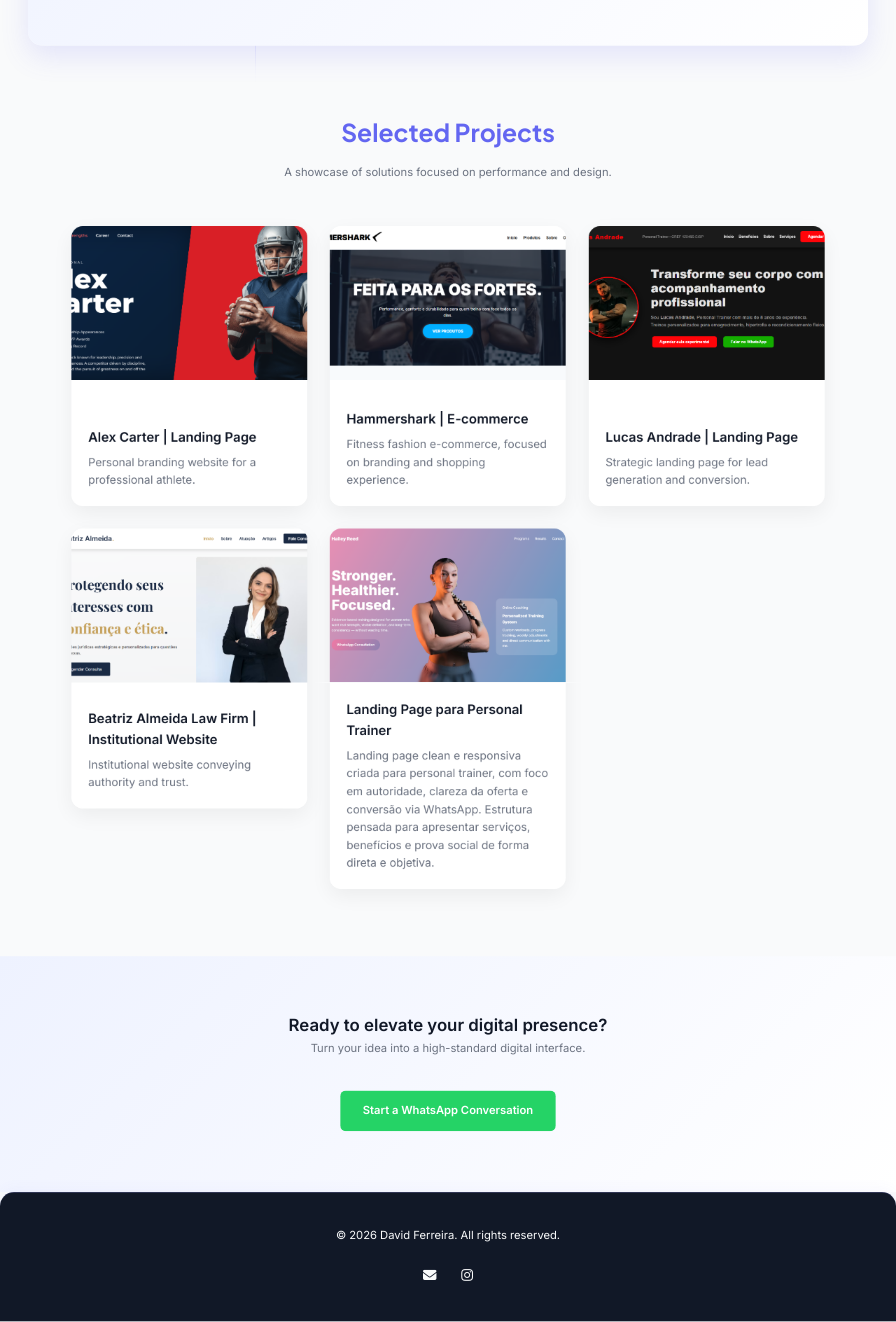
Repository: davidfsillva/portifolio
Page: index.html
These files come from the project's save history. The page is drawn as it stood at one moment and after the next save; the edit follows.
The browser window is 1280 px wide. The pictures show the part of the page from y = 1160 to 3080 px (the page is 3048 px tall before and 3080 px after), at 70% of full size.

Above is the page before, as saved 2026-02-13 13:22:25.
Console error: TypeError: Cannot read properties of null (reading 'addEventListener')

### index.html
<!DOCTYPE html>
<html lang="en">
<head>
    <meta charset="UTF-8">
    <meta name="viewport" content="width=device-width, initial-scale=1.0">

    <title>David Ferreira | Front-end Developer & Premium UI Designer</title>

    <!-- Primary SEO -->
    <meta name="description" content="David Ferreira is a front-end developer specialized in premium interfaces, high-conversion landing pages, and modern digital experiences.">
    <meta name="keywords" content="Front-end Developer, Web Designer, UI Designer, Landing Page, Web Development, Freelancer Brazil">
    <meta name="author" content="David Ferreira">
    <meta name="robots" content="index, follow">
    <link rel="canonical" href="https://yourdomain.com/">

    <!-- Open Graph (Facebook, LinkedIn) -->
    <meta property="og:title" content="David Ferreira | Premium Front-end Developer">
    <meta property="og:description" content="High-standard digital interfaces focused on performance and conversion.">
    <meta property="og:image" content="https://yourdomain.com/preview.jpg">
    <meta property="og:url" content="https://yourdomain.com/">
    <meta property="og:type" content="website">

    <!-- Twitter Card -->
    <meta name="twitter:card" content="summary_large_image">
    <meta name="twitter:title" content="David Ferreira | Web Developer">
    <meta name="twitter:description" content="Premium web development focused on performance and modern design.">
    <meta name="twitter:image" content="https://yourdomain.com/preview.jpg">

    <!-- Favicon -->
    <link rel="icon" href="favicon.ico" type="image/x-icon">

    <!-- Fonts -->
    <link href="https://fonts.googleapis.com/css2?family=Inter:wght@300;400;600&family=Plus+Jakarta+Sans:wght@700;800&display=swap" rel="stylesheet">

    <!-- Font Awesome -->
    <link rel="stylesheet" href="https://cdnjs.cloudflare.com/ajax/libs/font-awesome/6.5.0/css/all.min.css" integrity="sha512-..." crossorigin="anonymous" referrerpolicy="no-referrer" />

    <link rel="stylesheet" href="style.css">
</head>

<body>

    <!-- NAVBAR -->
    <nav class="navbar">
        <div class="logo"><a href="#">David | Web Developer<span>.</span></a></div>

        <ul class="nav-links">
            <li><a href="#about">About</a></li>
            <li><a href="#portfolio">Projects</a></li>
            <li><a href="#contact" class="btn-sm">Contact</a></li>
        </ul>
    </nav>

    <!-- HERO -->
    <section class="hero">
        <div class="hero-content">
            <h1>Creating high-level digital <span> with code experiences</span></h1>
            <p>Front-end developer specialized in high-standard interfaces and landing pages focused on results.</p>
            <div class="hero-btns">
                <a href="#portfolio" class="btn-primary">See Projects</a>
                <a href="#contact" class="btn-secondary">Let's Talk</a>
            </div>
        </div>
        <div class="hero-visual">
            <div class="hero-glow"></div>
        </div>
    </section>

    <!-- ABOUT -->
    <section id="about" class="section">
        <h2>About Me</h2>
        <p>I'm David Ferreira, a Front-end developer focused on creating modern, functional websites with premium interfaces. I work with HTML, CSS, JavaScript, and React, prioritizing performance, design, and user experience.</p>
        <p>My goal is to help businesses and professionals stand out digitally through websites that convey trust and deliver real results.</p>
    </section>

    <!-- PORTFOLIO -->
    <section id="portfolio" class="portfolio">
        <div class="section-header">
            <h2>Selected Projects</h2>
            <p>A showcase of solutions focused on performance and design.</p>
        </div>
        <div class="portfolio-grid">
            <!-- Project 1 -->
            <a href="https://davidfsillva.github.io/Alex-Carter/" target="_blank" class="project-link">
                <div class="project-card">
                    <div class="card-image">
                        <img src="img/alex.png" alt="Alex Carter Project">
                        <div class="card-overlay"><span>View Details</span></div>
                    </div>
                    <div class="card-info">
                        <h3>Alex Carter | Landing Page</h3>
                        <p>Personal branding website for a professional athlete.</p>
                    </div>
                </div>
            </a>

            <!-- Project 2 -->
            <a href="https://davidfsillva.github.io/e-hammershark/" target="_blank" class="project-link">
                <div class="project-card">
                    <div class="card-image">
                        <img src="img/ecomerce.png" alt="Hammershark Project">
                        <div class="card-overlay"><span>View Details</span></div>
                    </div>
                    <div class="card-info">
                        <h3>Hammershark | E-commerce</h3>
                        <p>Fitness fashion e-commerce, focused on branding and shopping experience.</p>
                    </div>
                </div>
            </a>

            <!-- Project 3 -->
            <a href="https://davidfsillva.github.io/landing-page/" target="_blank" class="project-link">
                <div class="project-card">
                    <div class="card-image">
                        <img src="img/landingpage.png" alt="Landing Page Project">
                        <div class="card-overlay"><span>View Details</span></div>
                    </div>
                    <div class="card-info">
                        <h3>Lucas Andrade | Landing Page</h3>
                        <p>Strategic landing page for lead generation and conversion.</p>
                    </div>
                </div>
            </a>

            <!-- Project 4 -->
            <a href="https://davidfsillva.github.io/beatriz-almeida-adv/" target="_blank" class="project-link">
                <div class="project-card">
                    <div class="card-image">
                        <img src="img/adv.png" alt="Beatriz Almeida Law Firm Project">
                        <div class="card-overlay"><span>View Details</span></div>
                    </div>
                    <div class="card-info">
                        <h3>Beatriz Almeida Law Firm | Institutional Website</h3>
                        <p>Institutional website conveying authority and trust.</p>
                    </div>
                </div>
            </a>

                        <!-- Project 5 -->
            <a href="https://davidfsillva.github.io/Hailey-Reed-Coaching/" target="_blank" class="project-link">
                <div class="project-card">
                    <div class="card-image">
                        <img src="img/Hailey.png" alt="Beatriz Almeida Law Firm Project">
                        <div class="card-overlay"><span>View Details</span></div>
                    </div>
                    <div class="card-info">
                        <h3>Landing Page para Personal Trainer</h3>
                        <p>Landing page clean e responsiva criada para personal trainer, com foco em autoridade, clareza da oferta e conversão via WhatsApp. Estrutura pensada para apresentar serviços, benefícios e prova social de forma direta e objetiva.</p>
                    </div>
                </div>
            </a>
        </div>
    </section>

    <!-- CTA / CONTACT -->
    <section id="contact" class="cta-section">
        <h2>Ready to elevate your digital presence?</h2>
        <p>Turn your idea into a high-standard digital interface.</p>
        <a href="https://wa.me/5511990242453" target="_blank" class="btn-whatsapp">Start a WhatsApp Conversation</a>
    </section>

    <!-- FOOTER -->
    <footer>
        <div class="footer-content">
            <p>&copy; 2026 David Ferreira. All rights reserved.</p>
            <div class="social-links">
                <a href="mailto:davidfsillva@icloud.com" target="_blank" rel="noopener noreferrer"><i class="fa-solid fa-envelope"></i></a>
                <a href="https://www.instagram.com/david_websites?igsh=MWdmZWJ3MW80N3JsNQ==" target="_blank" rel="noopener noreferrer"><i class="fa-brands fa-instagram"></i></a>
            </div>
        </div>
    </footer>

    <script src="scripts.js"></script>
</body>
</html>

### style.css
:root {
  --primary: #6366f1;
  --primary-light: #818cf8;
  --accent: #a855f7;
  --text-dark: #111827;
  --text-light: #6b7280;
  --bg-light: #f9fafb;
  --white: #ffffff;
  --transition: all 0.3s ease;
}

/* RESET */
* {
  margin: 0;
  padding: 0;
  box-sizing: border-box;
}

html {
  scroll-behavior: smooth;   /* já tinha */
  scroll-padding-top: 70px; /* ajuste esse valor para altura da navbar */
}


body {
  font-family: 'Inter', sans-serif;
  background: var(--bg-light);
  color: var(--text-dark);
  line-height: 1.6;
  animation: fadePage 0.8s ease-in-out;
}

@keyframes fadePage {
  from { opacity: 0; transform: translateY(10px); }
  to { opacity: 1; transform: translateY(0); }
}

/* NAVBAR */
.navbar {
  position: fixed;
  width: 100%;
  top: 0;
  padding: 1.5rem 8%;
  display: flex;
  justify-content: space-between;
  align-items: center;
  background: rgba(255,255,255,0.85);
  backdrop-filter: blur(12px);
  box-shadow: 0 4px 20px rgba(0,0,0,0.05);
  z-index: 1000;
  transition: var(--transition);
}

.logo {
  font-family: 'Plus Jakarta Sans', sans-serif;
  font-weight: 800;
  font-size: 1.5rem;
}

.logo a {
  text-decoration: none;   /* remove o sublinhado */
  color: var(--text-dark); /* cor principal da logo */
  font-weight: 800;
  font-size: 1.5rem;
}

.logo a span {
  color: var(--primary);   /* deixa apenas o ponto colorido */
}


.logo span {
  color: var(--primary);
}

.nav-links {
  display: flex;
  list-style: none;
  gap: 2rem;
}

.nav-links a {
  text-decoration: none;
  color: var(--text-light);
  font-weight: 500;
  transition: var(--transition);
}

.nav-links a:hover {
  color: var(--primary);
  transform: translateY(-2px);
}

/* HERO */
.hero {
  min-height: 100vh;
  padding: 120px 8% 80px; /* aumentei de 60px para 80px */
  display: flex;
  align-items: center;
  justify-content: space-between;
  background: linear-gradient(135deg, #eef2ff, #ffffff);
  flex-wrap: wrap;
}

.hero-content {
  max-width: 600px;
  animation: heroFade 1s ease 0.2s both;
}

@keyframes heroFade {
  from { opacity: 0; transform: translateY(40px); }
  to { opacity: 1; transform: translateY(0); }
}

.badge {
  display: inline-block;
  padding: 0.5rem 1rem;
  background: rgba(99,102,241,0.1);
  color: var(--primary);
  border-radius: 20px;
  font-size: 0.8rem;
  font-weight: 600;
  margin-bottom: 1.5rem;
}

.hero h1 {
  font-family: 'Plus Jakarta Sans', sans-serif;
  font-size: clamp(2rem, 5vw, 3.5rem);
  line-height: 1.2;
  margin-bottom: 1.5rem;
}

.hero h1 span {
  background: linear-gradient(90deg, var(--primary), var(--accent));
  -webkit-background-clip: text;
  -webkit-text-fill-color: transparent;
}

.hero p {
  font-size: 1.1rem;
  color: var(--text-light);
  margin-bottom: 2rem;
}

/* BUTTONS */
.btn-primary,
.btn-secondary,
.btn-whatsapp {
  display: inline-block;
  padding: 0.9rem 2rem;
  border-radius: 8px;
  text-decoration: none;
  font-weight: 600;
  transition: all 0.3s ease;
  position: relative;
  overflow: hidden;
}

.btn-primary {
  background: linear-gradient(90deg, var(--primary), var(--accent));
  color: white;
  box-shadow: 0 10px 25px rgba(99,102,241,0.3);
}

.btn-primary:hover {
  transform: translateY(-4px) scale(1.03);
}

.btn-primary:active {
  transform: scale(0.96);
}

.btn-primary::after {
  content: "";
  position: absolute;
  width: 200%;
  height: 200%;
  background: radial-gradient(circle, rgba(255,255,255,0.4), transparent 60%);
  top: -50%;
  left: -50%;
  opacity: 0;
  transition: opacity 0.4s ease;
}

.btn-primary:hover::after {
  opacity: 1;
}

.btn-secondary {
  border: 1px solid #e5e7eb;
  color: var(--text-dark);
  margin-left: 1rem;
  box-shadow: 0 5px 25px rgba(99,102,241,0.3);

}

.btn-secondary:hover {
  background: #f3f4f6;
  transform: translateY(-4px);
}

.btn-secondary:active {
  transform: scale(0.96);
}

.btn-whatsapp {
  background: linear-gradient(90deg, #25d366, #1ebe57);
  color: white;
  padding: 1rem 2rem;
  border-radius: 8px;
  font-weight: 600;
  transition: var(--transition);
}

.btn-whatsapp:hover {
  transform: translateY(-3px) scale(1.03);
  box-shadow: 0 8px 20px rgba(37,211,102,0.4);
}

.btn-whatsapp:active {
  transform: scale(0.96);
}

.hero-btns {
  display: flex;
  flex-wrap: wrap;
}

#about {
  text-align: center;
  max-width: 1200px;
  margin: 4rem auto 0; /* adiciona mais distância do Hero */
  padding: 6rem 8%;
  background: linear-gradient(135deg, #eef2ff 0%, #ffffff 100%);
  border-radius: 20px;
  box-shadow: 0 15px 40px rgba(99,102,241,0.15);
  position: relative;
  overflow: hidden;
}

#about::before {
  content: "";
  position: absolute;
  width: 200px;
  height: 200px;
  background: radial-gradient(circle, rgba(163,155,253,0.2), transparent 70%);
  top: -50px;
  right: -50px;
  border-radius: 50%;
  z-index: 0;
  animation: pulseGlow 6s infinite ease-in-out;
}

#about h2 {
  font-family: 'Plus Jakarta Sans', sans-serif;
  font-size: clamp(2rem, 4vw, 2.5rem);
  margin-bottom: 2rem;
  position: relative;
  z-index: 1;
  background: linear-gradient(90deg, var(--primary), var(--accent));
  -webkit-background-clip: text;
  -webkit-text-fill-color: transparent;
}

#about p {
  font-size: 1.05rem;
  line-height: 1.9;
  color: var(--text-dark);
  margin-bottom: 1.8rem;
  position: relative;
  z-index: 1;
  opacity: 0;
  transform: translateY(20px);
  animation: fadeUp 1s forwards;
  animation-delay: 0.3s;
}

/* Animação suave */
@keyframes fadeUp {
  to {
    opacity: 1;
    transform: translateY(0);
  }
}



/* HERO VISUAL */
.hero-visual {
  flex: 1;
  min-height: 400px;
  display: flex;
  justify-content: center;
  align-items: center;
}

.hero-glow {
  width: 380px;
  height: 380px;
  background: url('img/dashboard.png') no-repeat center center;
  background-size: contain;
  animation: float-rotate 8s ease-in-out infinite;
}

@keyframes float-rotate {
  0%   { transform: translateY(0px) rotate(0deg); }
  50%  { transform: translateY(-10px) rotate(3deg); }
  100% { transform: translateY(0px) rotate(0deg); }
}

/* PORTFOLIO */
.portfolio {
  padding: 6rem 8%;
}

.section-header {
  text-align: center;
  margin-bottom: 4rem;
}

.section-header h2 {
  font-family: 'Plus Jakarta Sans', sans-serif;
  font-size: 2.2rem;
  margin-bottom: 1rem;
  color: var(--primary)
}

.section-header p {
  color: var(--text-light);
}

.portfolio-grid {
  display: grid;
  grid-template-columns: repeat(auto-fit, minmax(280px, 1fr));
  gap: 2rem;
}

.project-card {
  display: flex;
  flex-direction: column;
  justify-content: space-between; /* força a separação entre imagem e texto */
  background: var(--white);
  border-radius: 16px;
  overflow: hidden;
  box-shadow: 0 10px 30px rgba(0,0,0,0.06);
  cursor: pointer;
  transition: transform 0.4s ease, box-shadow 0.4s ease;
  will-change: transform;

  min-height: 400px; /* define altura mínima igual para todos */
}


.project-card:hover {
  transform: translateY(-12px) scale(1.03);
  box-shadow: 0 25px 50px rgba(99,102,241,0.2);
}

.card-image {
  position: relative;
  overflow: hidden;
}

.card-image img {
  width: 100%;
  height: 220px;
  object-fit: cover;
  display: block;
  transition: transform 0.6s ease;
}

.project-card:hover .card-image img {
  transform: scale(1.08);
}

.card-overlay {
  position: absolute;
  inset: 0;
  background: rgba(99,102,241,0.8);
  display: flex;
  justify-content: center;
  align-items: center;
  color: white;
  font-weight: 600;
  opacity: 0;
  transition: opacity 0.4s ease;
}

.project-card:hover .card-overlay {
  opacity: 1;
}

.card-info {
  padding: 1.5rem;
}

.card-info h3 {
  margin-bottom: 0.5rem;
}

.card-info p {
  color: var(--text-light);
}

.project-link {
  text-decoration: none;
  color: inherit;
  display: block;
}


/* CTA */
.cta-section {
  padding: 5rem 8%;
  text-align: center;
  background: linear-gradient(135deg, #eef2ff, #ffffff);
}

/* FOOTER */
footer {
  padding: 3rem 5%;
  background: #111827; /* leve gradiente */
  border-top: 1px solid rgba(99,102,241,0.2); /* linha discreta */
  text-align: center;
  border-radius: 20px 20px 0 0;
  box-shadow: 0 -4px 20px rgba(99,102,241,0.05);
}

.footer-content {
  display: flex;
  flex-direction: column;
  align-items: center;
  gap: 1.5rem; /* aumenta espaço entre elementos */
}

.footer-content p {
  color: var(--bg-light);
  font-weight: 450;
  font-size: 1rem;
}

.social-links {
  display: flex;
  gap: 1rem; /* distância entre ícones */
}

.social-links a {
  color: var(--bg-light);
  padding: 0.6rem;
  border-radius: 30%; /* círculo perfeito */
  font-size: 1.2rem;
  display: flex;
  justify-content: center;
  align-items: center;
  transition: all 0.3s ease;
  text-decoration: none;
}

.social-links a:hover {
  transform: translateY(-3px) scale(1.1);
  color: var(--bg-light);
}


.cta-section p {
  color: var(--text-light);
  margin-bottom: 2.5rem; /* aumenta espaço abaixo do texto */
}

.btn-whatsapp {
  display: inline-block;
  background: #25d366;
  color: white;
  padding: 1rem 2rem;
  border-radius: 8px;
  text-decoration: none;
  font-weight: 600;
  transition: var(--transition);
  margin-top: 0.5rem; /* pequeno respiro extra */
}


/* MODAL */
.modal-overlay {
  position: fixed;
  inset: 0;
  background: rgba(0,0,0,0.6);
  display: none;
  justify-content: center;
  align-items: center;
  padding: 2rem;
  z-index: 2000;
}

.modal-content {
  background: white;
  width: 100%;
  max-width: 900px;
  border-radius: 20px;
  overflow: hidden;
  animation: modalZoom 0.4s cubic-bezier(.23,1,.32,1);
  position: relative;
}

@keyframes modalZoom {
  from { opacity: 0; transform: scale(0.85) translateY(20px); }
  to { opacity: 1; transform: scale(1) translateY(0); }
}

.modal-body {
  display: grid;
  grid-template-columns: 1fr 1fr;
}

.modal-img {
  min-height: 300px;
  background-size: cover !important;
}

.modal-text {
  padding: 2rem;
}

.close-modal {
  position: absolute;
  top: 20px;
  right: 25px;
  background: none;
  border: none;
  font-size: 2rem;
  cursor: pointer;
  transition: transform 0.3s ease;
}

.close-modal:hover {
  transform: rotate(90deg);
}

/* RESPONSIVO */
/* =====================
   RESPONSIVIDADE
===================== */

/* Para telas até 900px */
@media (max-width: 900px) {
  html, body {
    overflow-x: hidden; /* remove rolagem lateral */
  }

  .hero {
    flex-direction: column;
    text-align: center;
    padding: 100px 5% 60px; /* garante espaçamento interno */
    width: 100%; /* força largura total */
  }

  .hero-left,
  .hero-right,
  .hero-visual {
    width: 100%;
    max-width: 100%;
    margin: 0 auto; /* centraliza horizontalmente */
  }

  .hero-btns {
    display: flex;
    justify-content: center;
    align-items: center;
    gap: 1rem;
    flex-wrap: wrap;
    margin: 0 auto;
  }

  .hero-btns a {
    margin: 0; /* remove margens extras que possam deslocar os botões */
  }

  .portfolio,
  .cta-section {
    padding: 4rem 5%;
    width: 100%;
    max-width: 100%;
    margin: 0 auto;
  }
}

/* Para telas até 600px */
@media (max-width: 600px) {
  html, body {
    overflow-x: hidden; /* garante sem scroll lateral */
  }

  .navbar {
    padding: 1rem 5%;
    width: 100%;
    max-width: 100%;
    margin: 0 auto;
  }

  .nav-links {
    display: none;
  }

  .hero {
    padding: 80px 5% 40px;
    width: 100%;
  }

  .hero-btns {
    justify-content: center;
    gap: 1rem;
    flex-wrap: wrap;
  }

  .portfolio,
  .cta-section {
    padding: 3rem 5%;
  }

  footer {
    padding: 2rem 5%;
    width: 100%;
  }

  .footer-content {
    flex-direction: column;
    text-align: center;
    width: 100%;
  }

  .social-links a {
    margin: 0 0.5rem;
  }

  /* imagens e vídeos dentro do hero */
  .hero img,
  .hero video {
    max-width: 100%;
    height: auto;
    display: block;
    margin: 0 auto;
  }
}

### scripts.js
// =============================
// NAVBAR SCROLL EFFECT
// =============================
const navbar = document.querySelector(".navbar");

window.addEventListener("scroll", () => {
  if (window.scrollY > 50) {
    navbar.style.padding = "1rem 8%";
    navbar.style.boxShadow = "0 8px 25px rgba(0,0,0,0.08)";
  } else {
    navbar.style.padding = "1.5rem 8%";
    navbar.style.boxShadow = "0 4px 20px rgba(0,0,0,0.05)";
  }
});

// =============================
// MODAL FUNCTIONALITY
// =============================
const modal = document.querySelector(".modal-overlay");
const modalImg = document.querySelector(".modal-img");
const modalTitle = document.querySelector(".modal-text h3");
const modalDesc = document.querySelector(".modal-text p");
const closeModal = document.querySelector(".close-modal");

const projectCards = document.querySelectorAll(".project-card");

projectCards.forEach(card => {
  card.addEventListener("click", () => {
    const title = card.querySelector("h3").innerText;
    const desc = card.querySelector("p").innerText;
    const img = card.querySelector("img").src;

    modalTitle.innerText = title;
    modalDesc.innerText = desc;
    modalImg.style.backgroundImage = `url(${img})`;

    modal.style.display = "flex";
    document.body.style.overflow = "hidden";
  });
});

// Fechar modal
closeModal.addEventListener("click", () => {
  modal.style.display = "none";
  document.body.style.overflow = "auto";
});

// Fechar clicando fora
modal.addEventListener("click", (e) => {
  if (e.target === modal) {
    modal.style.display = "none";
    document.body.style.overflow = "auto";
  }
});

// Fechar com ESC
document.addEventListener("keydown", (e) => {
  if (e.key === "Escape") {
    modal.style.display = "none";
    document.body.style.overflow = "auto";
  }
});

// =============================
// SCROLL REVEAL ANIMATION
// =============================
const revealElements = document.querySelectorAll(
  ".hero-content, .project-card, .section-header, .cta-section"
);

const observer = new IntersectionObserver(
  (entries) => {
    entries.forEach(entry => {
      if (entry.isIntersecting) {
        entry.target.style.opacity = "1";
        entry.target.style.transform = "translateY(0)";
      }
    });
  },
  { threshold: 0.2 }
);

revealElements.forEach(el => {
  el.style.opacity = "0";
  el.style.transform = "translateY(40px)";
  el.style.transition = "all 0.8s ease";
  observer.observe(el);
});

// =============================
// BUTTON MICRO INTERACTION
// =============================
const buttons = document.querySelectorAll(".btn-primary, .btn-secondary, .btn-whatsapp");

buttons.forEach(btn => {
  btn.addEventListener("mouseenter", () => {
    btn.style.transform = "scale(1.05)";
  });

  btn.addEventListener("mouseleave", () => {
    btn.style.transform = "scale(1)";
  });
});

After the next save:
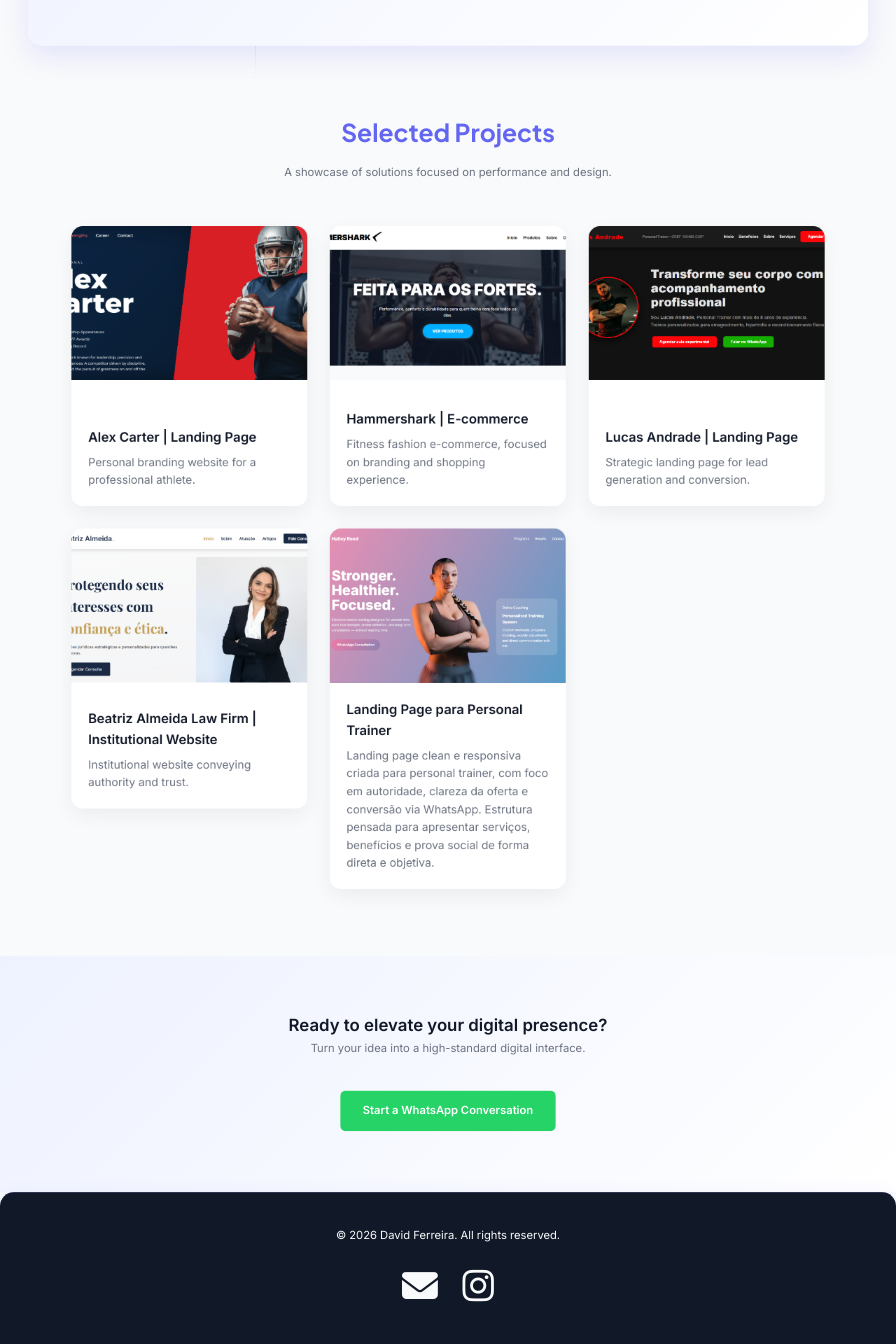
Saved 38 s later.
--- a/style.css
+++ b/style.css
@@ -448,7 +448,7 @@ footer {
   color: var(--bg-light);
   padding: 0.6rem;
   border-radius: 30%; /* círculo perfeito */
-  font-size: 1.2rem;
+  font-size: 3.2rem;
   display: flex;
   justify-content: center;
   align-items: center;
